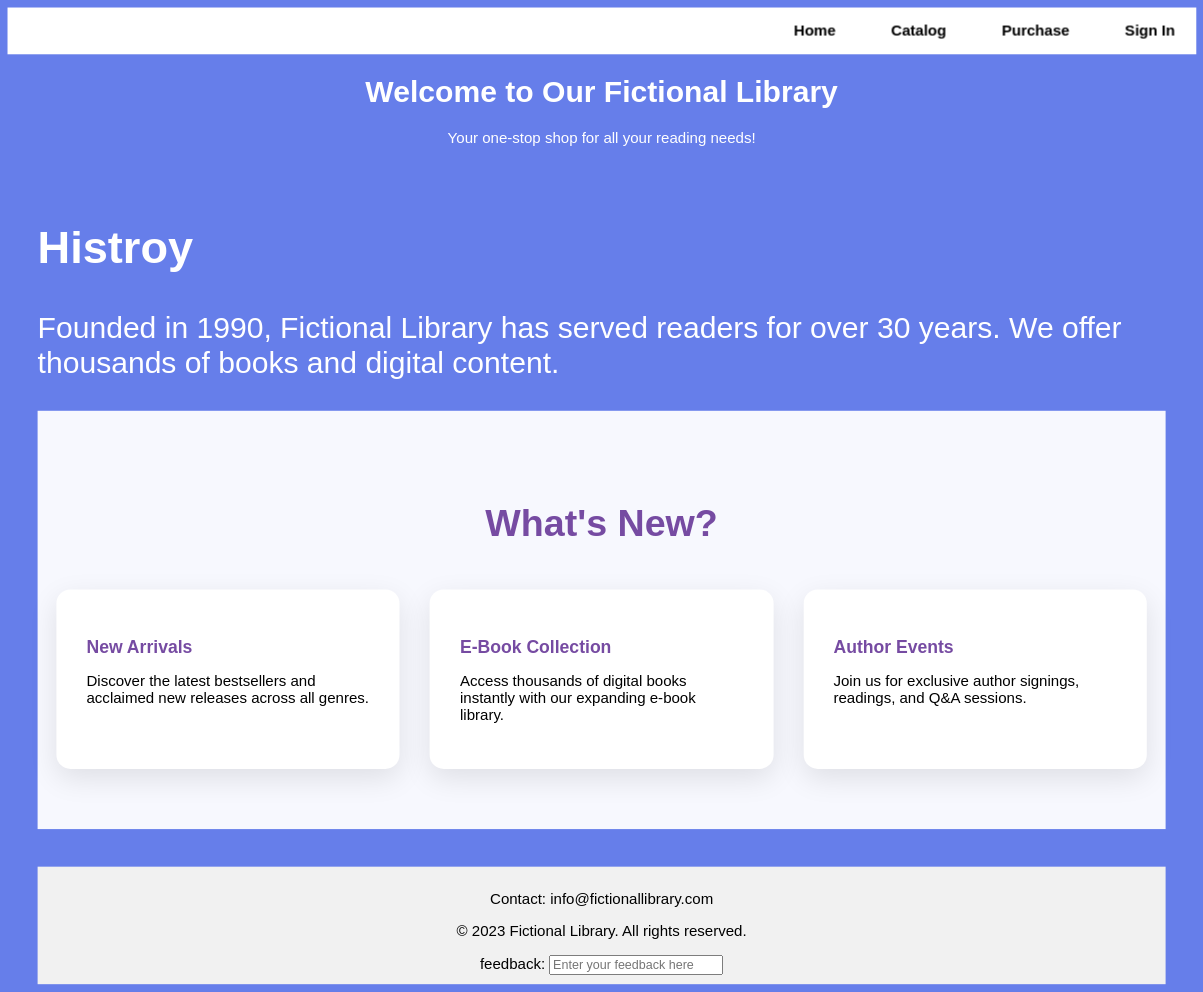
Repository: Ibrahim-Abohola/BookStore
Page: Homepage.html
The author's editor kept a copy of each file at every save. The page is drawn from the files as they stood at one save, then again after the next save.
The browser window is 1280 px wide. The pictures show the whole page, at 94% of full size.

Above is the page before, as saved 2025-07-16 01:07:11.

After the next save:
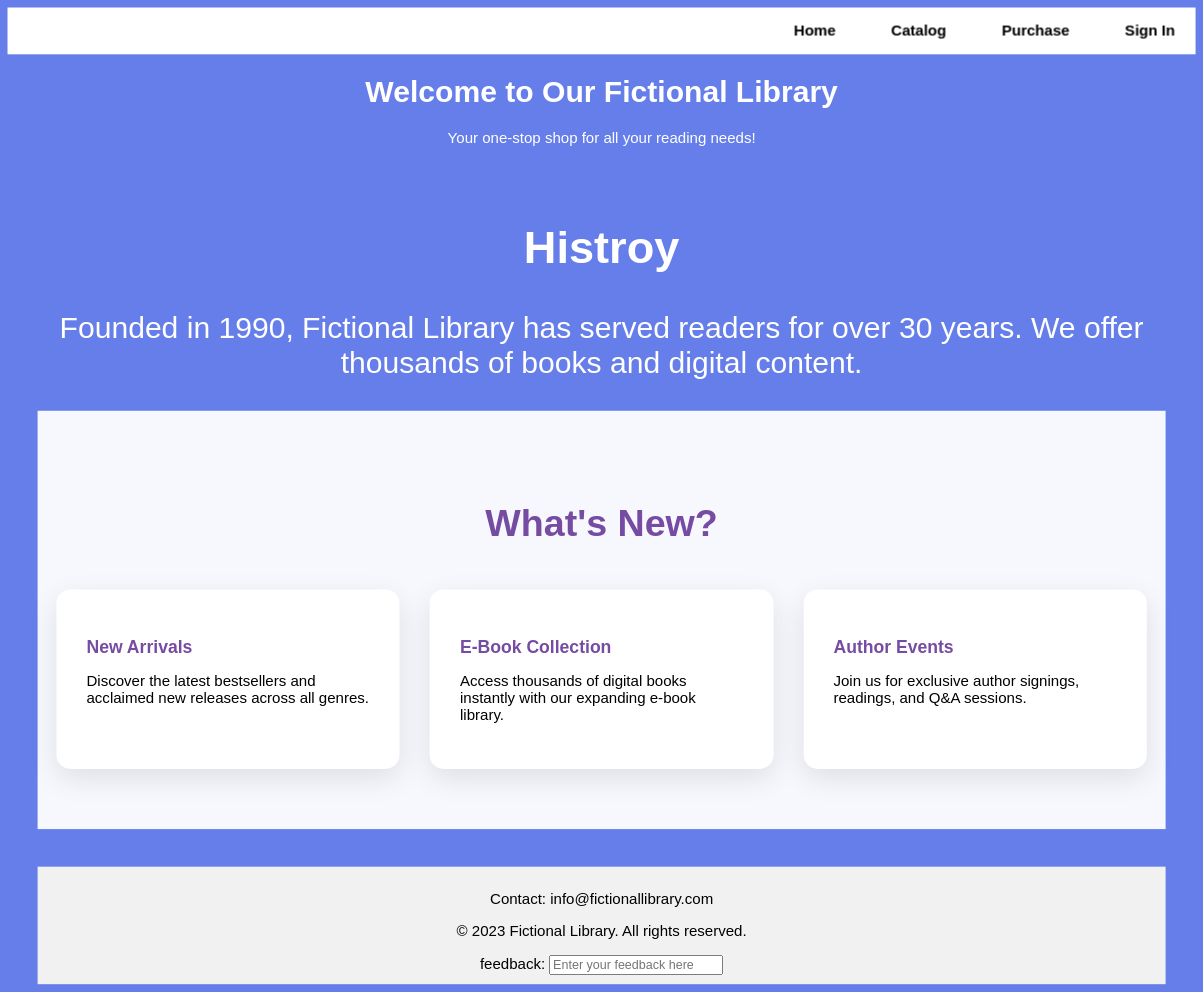
Saved 6 s later.
--- a/styles.css
+++ b/styles.css
@@ -68,7 +68,7 @@
 }
 .intro {
     color: white;
-    text-align: cenet;
+    text-align: center;
     font-size: 2rem;
     margin-bottom: 1rem;
     margin-top: 80px;

After the 2 saves that followed:
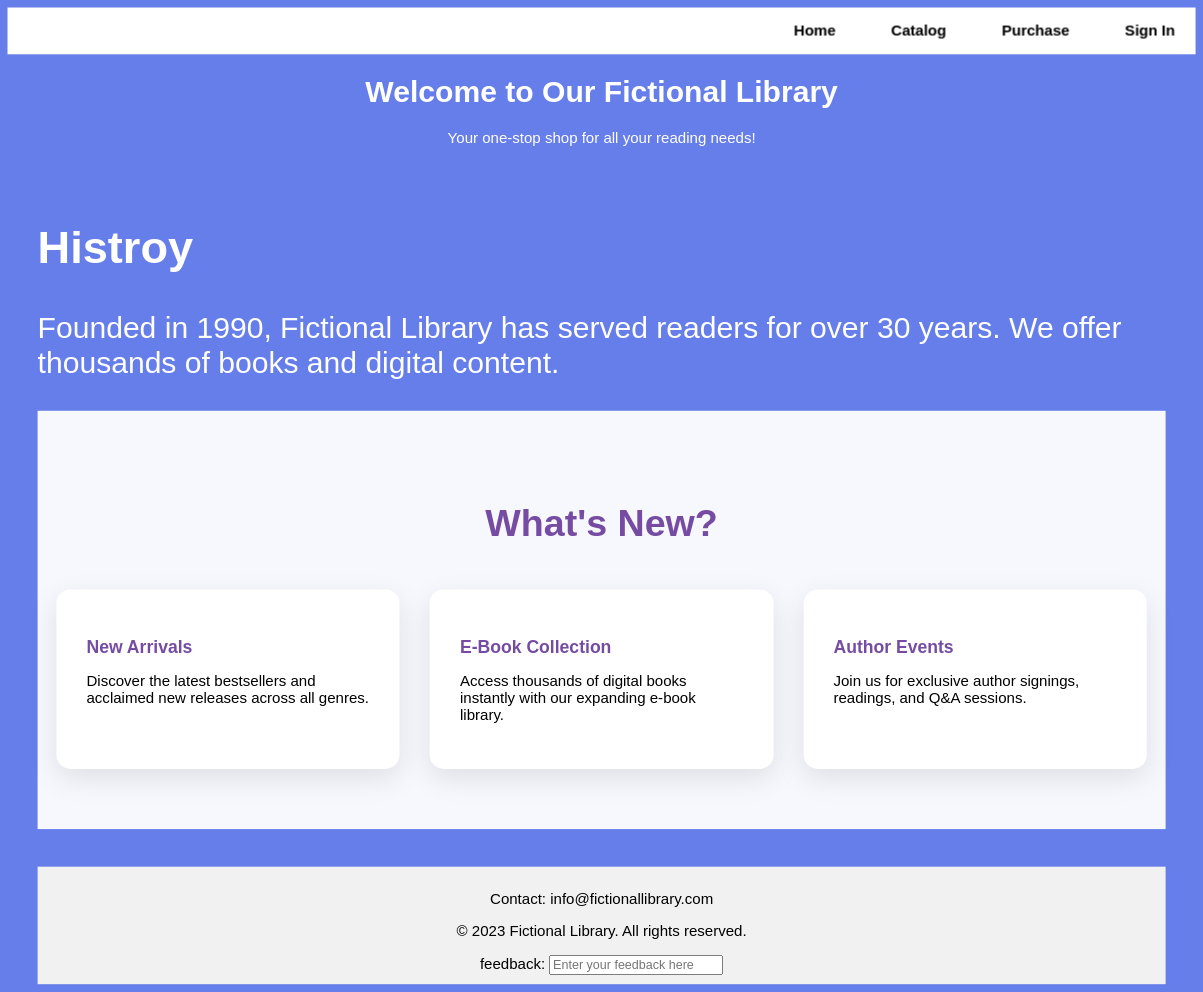
The 2 saves are shown as one change because they came seconds apart.
The last was saved 15 s later.
--- a/styles.css
+++ b/styles.css
@@ -68,7 +68,6 @@
 }
 .intro {
     color: white;
-    text-align: center;
     font-size: 2rem;
     margin-bottom: 1rem;
     margin-top: 80px;
